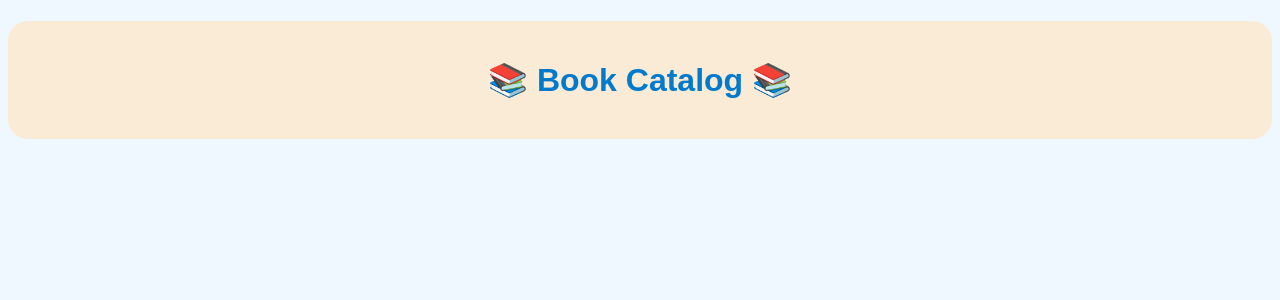
Repository: kaitlynlew/Book-Catalog
Page: /
These files come from the project's save history. The page is drawn as it stood at one moment and after the next save; the edit follows.
The browser window is 1280 px wide. The pictures show the whole page.
The project was rebuilt for these pictures with package versions that can differ from the ones it lists, and the page was loaded fresh each time. Also part of the build but not shown: vite.config.js.

Above is the page before, as saved 2025-09-14 00:09:10.

After the next save:
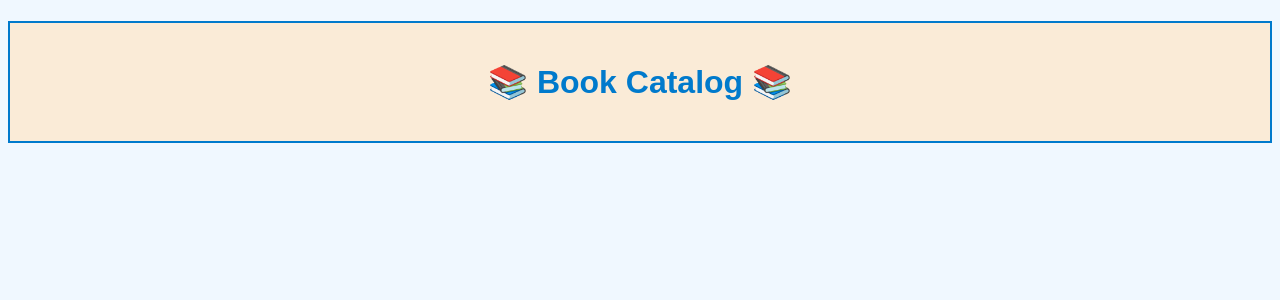
Saved 10 s later.
--- a/src/App.css
+++ b/src/App.css
@@ -9,5 +9,5 @@ h1 {
   text-align: center;
   background-color: antiquewhite;
   padding: 40px;
-  border-radius: 20px;
+  border: 2px solid #007acc;
 }
